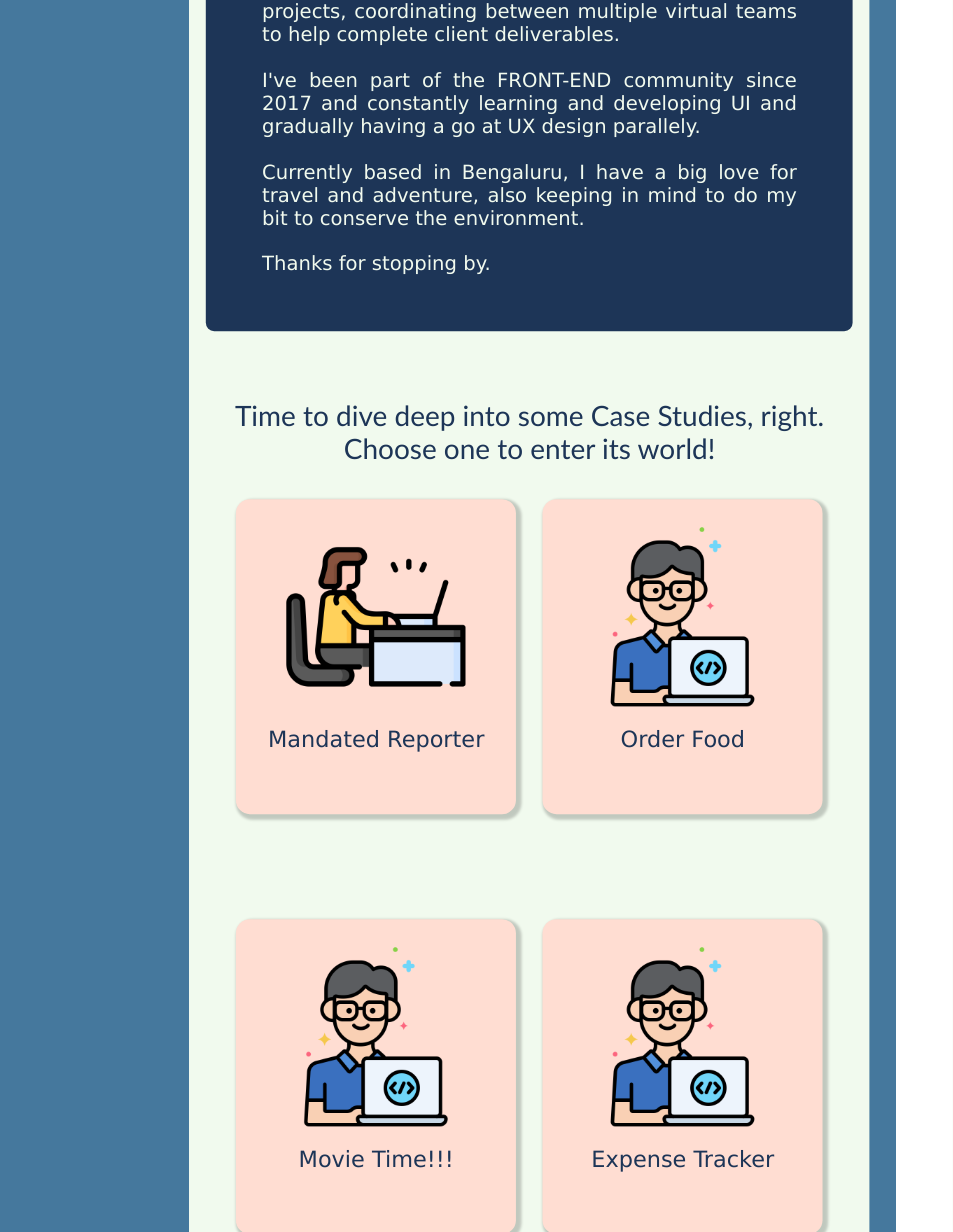
Repository: niranjangp/portfolioReact
Page: /
The author's editor kept a copy of each file at every save. The page is drawn from the files as they stood at one save, then again after the next save.
The browser window is 1280 px wide. The page is 1361 px wide, so the pictures cover 1361 px, including what lies to the right of the window. The pictures show the part of the page from y = 903 to 2663 px (the page is 3110 px tall), at 70% of full size.
The project was rebuilt for these pictures with package versions that can differ from the ones it lists, and the page was loaded fresh each time. Also part of the build but not shown: src/pages/csOne.jsx, src/pages/notFound.jsx.

Above is the page before, as saved 2022-02-01 14:30:48.

After the next save:
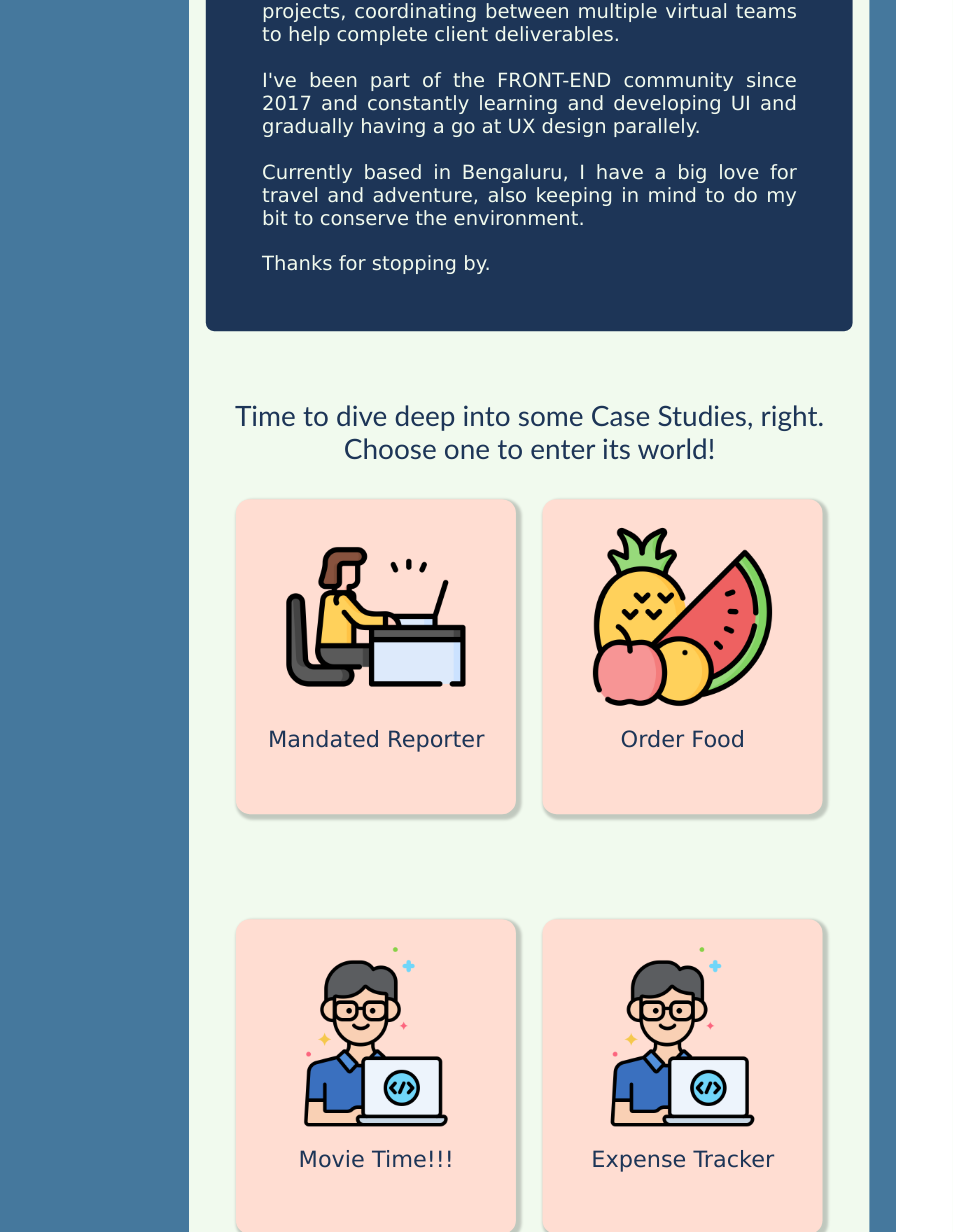
Saved 2 min 56 s later.
--- a/src/pages/enterDesign.jsx
+++ b/src/pages/enterDesign.jsx
@@ -1,6 +1,7 @@
 import React from 'react';
 import Icons from '../assets/programmer.png';
 import WorkingIcon from '../assets/working.png';
+import FoodIcon from '../assets/fruit.png';
 import { Link } from 'react-router-dom';
 
 
@@ -42,7 +43,7 @@ const enterDesign = () => {
                 <div className='card-box'>
                     <div className="card">
                     <Link to="/cs-two">
-                        <img src={avatarIcon} alt="card-icon" className='card-icon' />
+                        <img src={FoodIcon} alt="card-icon" className='card-icon' />
                         <p>Order Food</p>
                         </Link>
                     </div>
